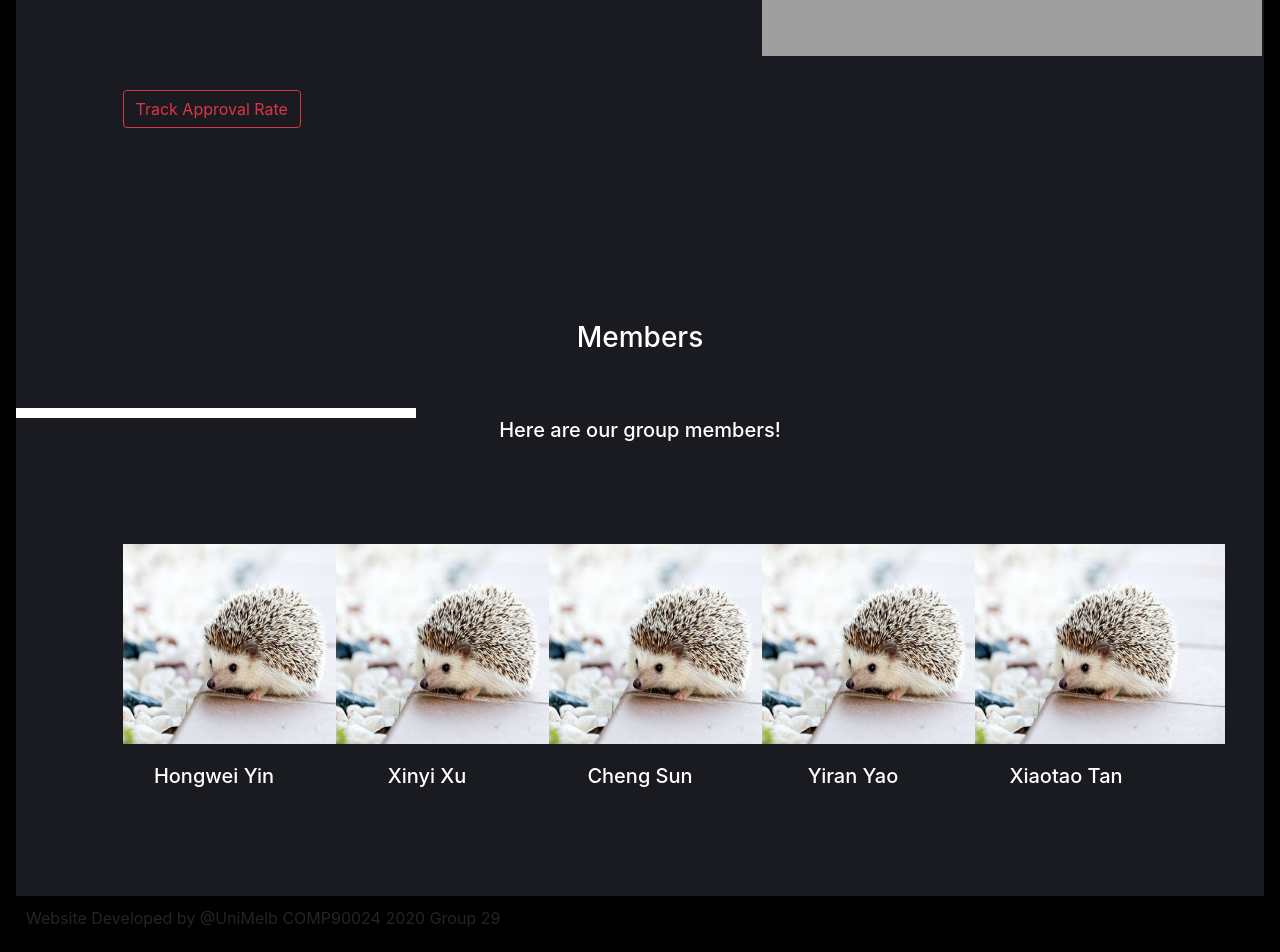
Repository: gusyi/COMP90024_Team29
Page: frontend/templates/frontend/home.html
These files come from the project's save history. The page is drawn as it stood at one moment and after the next save; the edit follows.
The browser window is 1280 px wide. The pictures show the part of the page from y = 623 to 1575 px (the page is 1575 px tall before and 1569 px after).
Pictures or frames that could not be fetched are drawn as grey boxes. Some web libraries are served in a nearby version. The template is drawn by Django 3.2. The application's start-up code is not run. Other server files are loaded and not shown. The template is opened directly, without the code that normally fills it, so the values that code supplies are empty.

Above is the page before, as saved 2020-05-25 23:42:03.

### backend/frontend/templates/frontend/home.html
{% extends "base_generic.html" %}

{% block main%}

    <div style="background-color:rgb(25, 27, 33);">


    <div style="height: 30px"></div>

    <div class="row">
        <div class="col-sm-1"></div>
        <div class="col-sm-6">
           <div style="height: 70px"></div>
            <h1 style="font-size:100px;color:white;" > Scott Morrison</h1>
            <svg height="30" width="1000">
                <line x1="0" y1="30" x2="400" y2="30" style="stroke:rgb(255,255,255);stroke-width:20" />
            </svg>
            <div style="height: 20px"></div>
            <h1 style="font-size:50px;color:white;" > A Sentiment Analysis on</h1>
            <h1 style="font-size:50px;color:white;" > Twitter Content</h1>

            <div style="height: 80px"></div>
            <a href="/map/"><button type="button" class="btn btn-outline-danger">Track Approval Rate</button></a>


        </div>
        <div class="col-sm-5">
            <div style="height: 50px"></div>
            {% load static %}
            <img src="{% static 'frontend/images/test2.svg' %}" width="500" height="500"/>


        </div>

    </div>
    <div style="height: 150px"></div>
    <hr>

    <div style="height: 10px"></div>
    <h3  style="text-align: center;color:white;"> Members</h3>
    <hr style="width:50px;text-align:center;color:white;margin-left:0">
    <svg height="30" width="1000">
        <line x1="0" y1="30" x2="400" y2="30" style="stroke:rgb(255,255,255);stroke-width:20" />
    </svg>
    <h5  style="text-align: center;color:white;"> Here are our group members!</h5>
    <br>
    <div style="height: 20px"></div>
    <div class="row">
        <div class="col-sm-1"></div>
        <div class="col-sm-2">

            <div style="height: 50px"></div>
            {% load static %}
            <img src="{% static 'frontend/images/pic1.jpeg' %}" width="250" height="200"/>
            <div style="height: 20px"></div>

            <h5 style="text-align: center;color:white;">Hongwei Yin</h5>


        </div>

        <div class="col-sm-2">
            <div style="height: 50px"></div>
            {% load static %}
            <img src="{% static 'frontend/images/pic1.jpeg' %}" width="250" height="200"/>
            <div style="height: 20px"></div>

            <h5 style="text-align: center;color:white;">Xinyi Xu</h5>


        </div>

        <div class="col-sm-2">
            <div style="height: 50px"></div>
            {% load static %}
            <img src="{% static 'frontend/images/pic1.jpeg' %}" width="250" height="200"/>
            <div style="height: 20px"></div>

            <h5 style="text-align: center;color:white;">Cheng Sun</h5>


        </div>

        <div class="col-sm-2">
            <div style="height: 50px"></div>
            {% load static %}
            <img src="{% static 'frontend/images/pic1.jpeg' %}" width="250" height="200"/>
            <div style="height: 20px"></div>

            <h5 style="text-align: center;color:white;">Yiran Yao</h5>


        </div>

        <div class="col-sm-2">
            <div style="height: 50px"></div>
            {% load static %}
            <img src="{% static 'frontend/images/pic1.jpeg' %}" width="250" height="200"/>
            <div style="height: 20px"></div>

            <h5 style="text-align: center;color:white;">Xiaotao Tan</h5>


        </div>

    </div>
    <div style="height: 100px"></div>



    <div>

    </div>
    </div>



{% endblock %}

### backend/frontend/templates/base_generic.html
<!doctype html>
<html lang="en">
  <head>
    <meta charset="utf-8">
    <meta name="viewport" content="width=device-width, initial-scale=1, shrink-to-fit=no">
    <meta name="description" content="">
    <meta name="author" content="Mark Otto, Jacob Thornton, and Bootstrap contributors">
    <meta name="generator" content="Jekyll v3.8.6">
    {% block title %}<title>Morrison Index</title>{% endblock %}


    <link rel="canonical" href="https://getbootstrap.com/docs/4.4/examples/cover/">

  {% load static %}
  <link rel="stylesheet" href="{% static 'frontend/bootstrap.min.css' %}">
  <script src="https://kit.fontawesome.com/e01ef97213.js" crossorigin="anonymous"></script>

    <!-- Favicons -->
<link rel="apple-touch-icon" href="/docs/4.4/assets/img/favicons/apple-touch-icon.png" sizes="180x180">
<link rel="icon" href="/docs/4.4/assets/img/favicons/favicon-32x32.png" sizes="32x32" type="image/png">
<link rel="icon" href="/docs/4.4/assets/img/favicons/favicon-16x16.png" sizes="16x16" type="image/png">
<link rel="manifest" href="/docs/4.4/assets/img/favicons/manifest.json">
<link rel="mask-icon" href="/docs/4.4/assets/img/favicons/safari-pinned-tab.svg" color="#563d7c">
<link rel="icon" href="/docs/4.4/assets/img/favicons/favicon.ico">
<meta name="msapplication-config" content="/docs/4.4/assets/img/favicons/browserconfig.xml">
<meta name="theme-color" content="#563d7c">

    <style>
        #footer {

            padding: 10px 10px 0px 10px;
            bottom: 0;
            width: 100%;
            /* Height of the footer*/
            height: 40px;
            background: dark;
        }
        .bd-placeholder-img {
          font-size: 1.125rem;
          text-anchor: middle;
          -webkit-user-select: none;
          -moz-user-select: none;
          -ms-user-select: none;
          user-select: none;
        }

        @media (min-width: 768px) {
          .bd-placeholder-img-lg {
            font-size: 3.5rem;
          }
        }
    </style>

  </head>
  <header class="masthead mb-auto">
    <div class="inner">

        <nav class="navbar navbar-expand-lg navbar-dark bg-black">

            {% load static %}
            <img src="{% static 'frontend/images/website_logo_90_675.svg' %}" width="90" height="67"/>
            <a class="navbar-brand" href="/">Morrison Index</a>
            <button class="navbar-toggler" type="button" data-toggle="collapse" data-target="#navbarColor02" aria-controls="navbarColor02" aria-expanded="false" aria-label="Toggle navigation">
                <span class="navbar-toggler-icon"></span>
            </button>


            <div class="collapse navbar-collapse" id="navbarColor02">
                <ul class="navbar-nav mr-auto">
                <li class="nav-item active">
                    <a class="nav-link" href="/">Home <span class="sr-only">(current)</span></a>
                </li>
                <li class="nav-item">
                    <a class="nav-link" href="/map/">Map and Statistics</a>
                </li>
                </ul>

            </div>
        </nav>
    </div>
  </header>
  <body style="background-color:black;">

  {% load static %}
  <script src="{% static "frontend/main.js" %}"></script>
    <div class="cover-container d-flex w-100 h-100 p-3 mx-auto flex-column">


  <main role="main" class="inner cover">
  {% block main%}
  {% endblock%}

  </main>

  <div id="footer" >
    <div class="inner">
      <p>Website Developed by @UniMelb COMP90024 2020 Group 29</p>
    </div>
  </div>
</div>
</body>
<script src="https://code.jquery.com/jquery-3.4.1.slim.min.js" integrity="sha384-J6qa4849blE2+poT4WnyKhv5vZF5SrPo0iEjwBvKU7imGFAV0wwj1yYfoRSJoZ+n" crossorigin="anonymous"></script>
<script src="https://cdn.jsdelivr.net/npm/popper.js@1.16.0/dist/umd/popper.min.js" integrity="sha384-Q6E9RHvbIyZFJoft+2mJbHaEWldlvI9IOYy5n3zV9zzTtmI3UksdQRVvoxMfooAo" crossorigin="anonymous"></script>
<script src="https://stackpath.bootstrapcdn.com/bootstrap/4.4.1/js/bootstrap.min.js" integrity="sha384-wfSDF2E50Y2D1uUdj0O3uMBJnjuUD4Ih7YwaYd1iqfktj0Uod8GCExl3Og8ifwB6" crossorigin="anonymous"></script>

</html>

Loaded but not shown: backend/frontend/static/frontend/bootstrap.min.css (library); backend/frontend/static/frontend/main.js (library); backend/frontend/static/frontend/images/website_logo_90_675.svg (549 lines, source omitted)

After the next save:
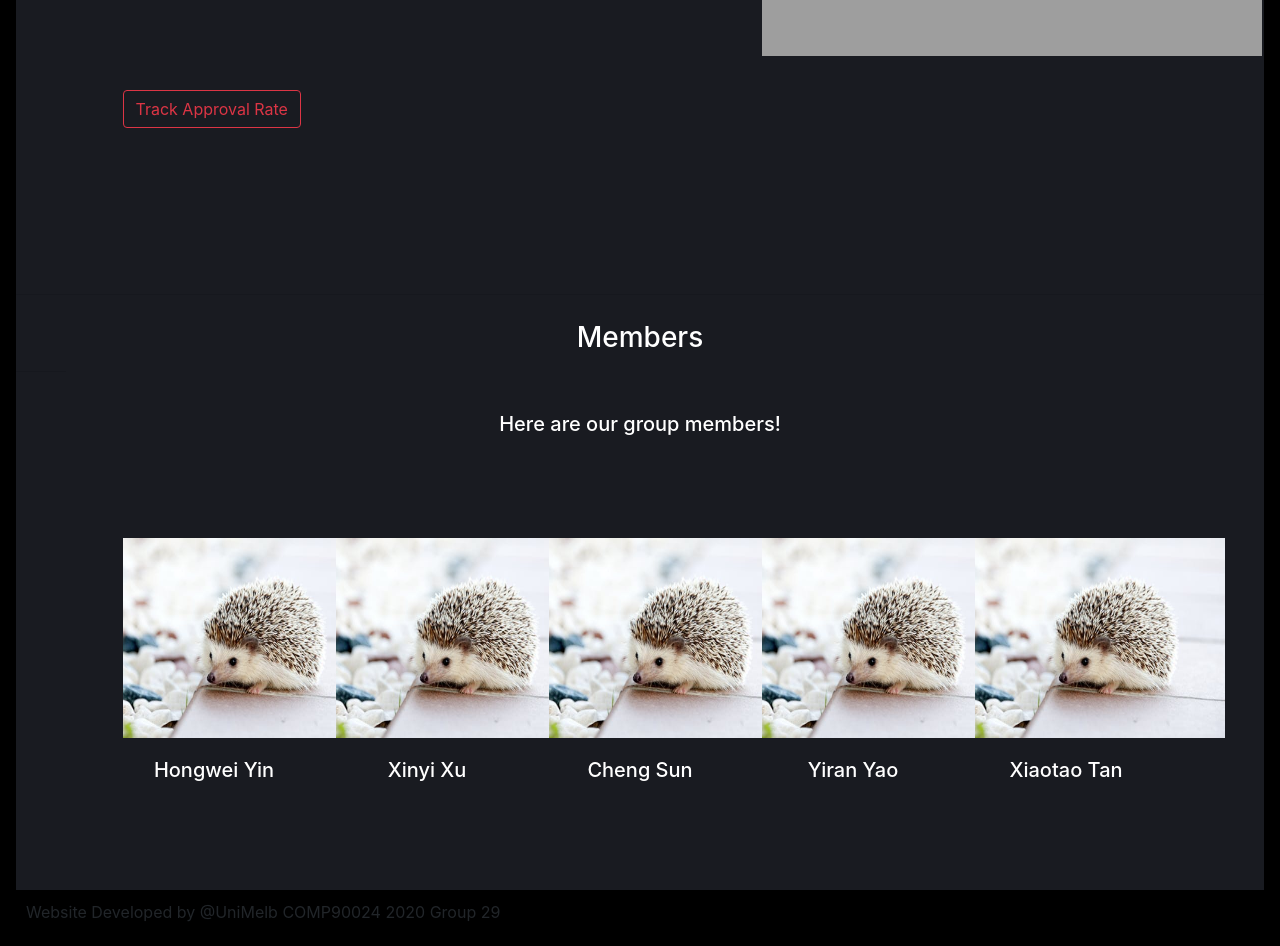
Saved 22 s later.
--- a/backend/frontend/templates/frontend/home.html
+++ b/backend/frontend/templates/frontend/home.html
@@ -39,7 +39,7 @@
     <div style="height: 10px"></div>
     <h3  style="text-align: center;color:white;"> Members</h3>
     <hr style="width:50px;text-align:center;color:white;margin-left:0">
-    <svg height="30" width="1000">
+    <svg height="20" width="1000">
         <line x1="0" y1="30" x2="400" y2="30" style="stroke:rgb(255,255,255);stroke-width:20" />
     </svg>
     <h5  style="text-align: center;color:white;"> Here are our group members!</h5>

After the 2 saves that followed:
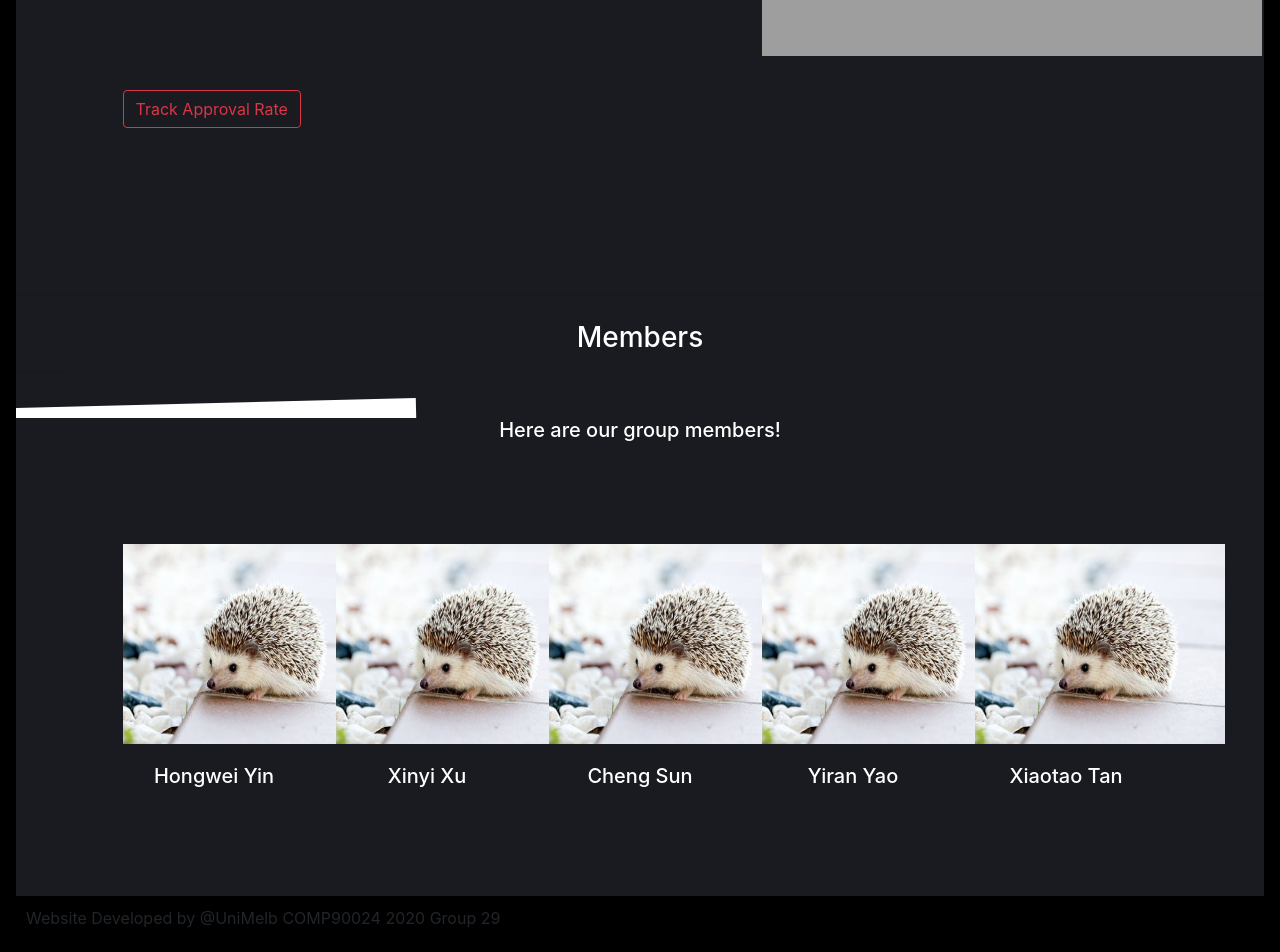
The 2 saves are shown as one change because they came seconds apart.
The last was saved 11 s later.
--- a/backend/frontend/templates/frontend/home.html
+++ b/backend/frontend/templates/frontend/home.html
@@ -39,8 +39,8 @@
     <div style="height: 10px"></div>
     <h3  style="text-align: center;color:white;"> Members</h3>
     <hr style="width:50px;text-align:center;color:white;margin-left:0">
-    <svg height="20" width="1000">
-        <line x1="0" y1="30" x2="400" y2="30" style="stroke:rgb(255,255,255);stroke-width:20" />
+    <svg height="30" width="1000">
+        <line x1="0" y1="30" x2="400" y2="20" style="stroke:rgb(255,255,255);stroke-width:20" />
     </svg>
     <h5  style="text-align: center;color:white;"> Here are our group members!</h5>
     <br>
